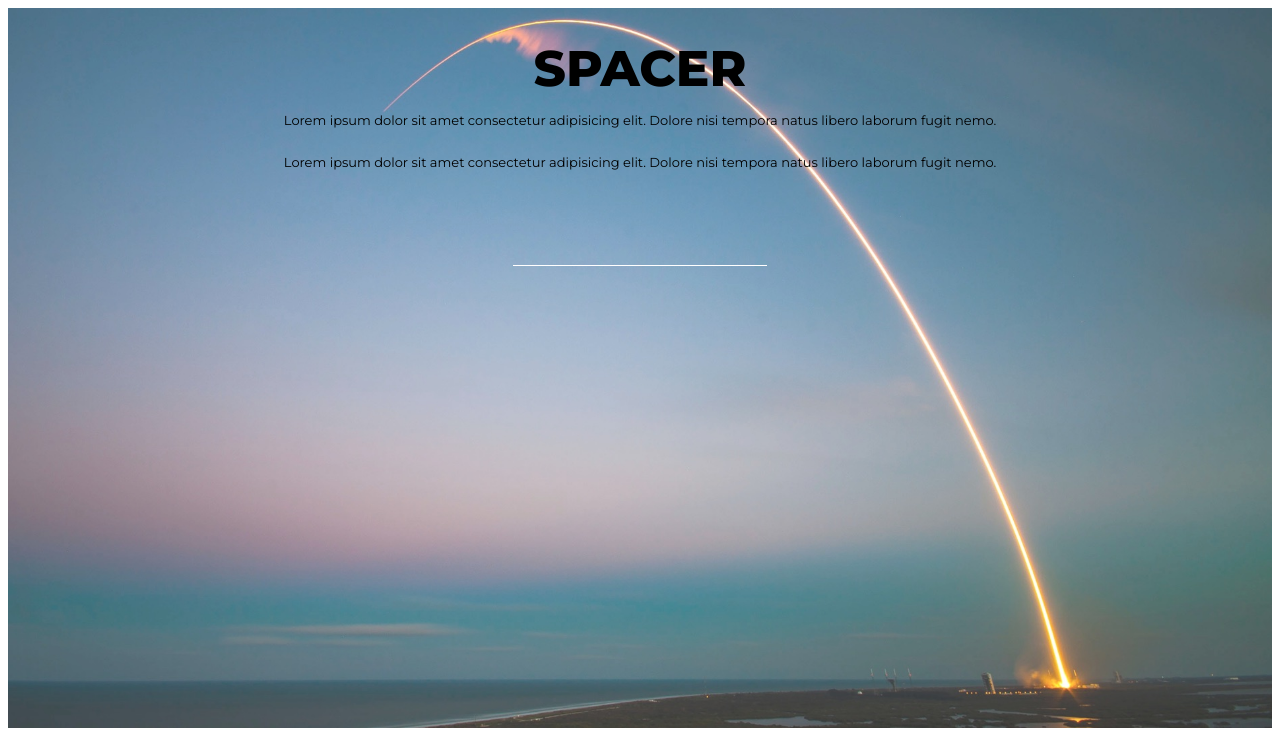
Repository: Trelefele/spacer-roman
Page: /
An editor plug-in stored every save of this project. The page is shown before and after the next save, followed by the edit.
The browser window is 1280 px wide. The pictures show the whole page.
The project was rebuilt for these pictures with package versions that can differ from the ones it lists, and the page was loaded fresh each time.

Above is the page before, as saved 2019-02-03 19:25:03.

### public/index.html
<!DOCTYPE html>
<html lang="en">
  <head>
    <meta charset="utf-8">
    <meta http-equiv="X-UA-Compatible" content="IE=edge">
    <meta name="viewport" content="width=device-width,initial-scale=1.0">
    <link rel="icon" href="<%= BASE_URL %>favicon.ico">
    <!-- <script src="https://unpkg.com/axios/dist/axios.min.js"></script> -->
    <title>spacer-roman</title>
  </head>
  <body>
    <noscript>
      <strong>We're sorry but spacer-roman doesn't work properly without JavaScript enabled. Please enable it to continue.</strong>
    </noscript>
    <div id="app"></div>
    <!-- built files will be auto injected -->
  </body>
</html>

### src/App.vue
<template>
  <div class="app">
    <router-view/>
  </div>
</template>

<style lang="scss" scoped >
@import url('https://fonts.googleapis.com/css?family=Montserrat:300,400,600,800');

* {
  box-sizing: border-box;
  font-family: 'Montserrat', sans-serif;
  margin: 0;
  padding: 0;
}

</style>

### src/router.js
import Vue from 'vue';
import Router from 'vue-router';
// import Claim from './components/Claim.vue';
import Search from './views/Search.vue';
// import SearchInput from './components/SearchInput.vue';


Vue.use(Router);

export default new Router({
//   mode: 'history',
//   base: process.env.BASE_URL,
  routes: [
    {
      path: '/',
      name: 'Search',
      component: Search,
    },
  ],
});

### src/views/Search.vue
<template>
  <div class="searchWrapper">
    <Claim/>
    <SearchInput/>
  </div>
</template>

<script>
import axios from 'axios';
import debounce from 'lodash.debounce';
import Claim from '@/components/Claim.vue';
import SearchInput from '@/components/SearchInput.vue';

const API = 'https://images-api.nasa.gov/search';

export default {
  name: 'Search',
  components: {
    Claim,
    SearchInput,
  },
  data() {
    return {
      searchValue: '',
      results: [],
    };
  },
  methods: {
    // eslint-disable-next-line
    handleInput: debounce(function(){
      axios.get(`${API}?q=${this.searchValue}&media_type=image`)
        .then((response) => {
          // this.results = response.data.collection.items;
          this.results = response.data.collection.items;
        })
        .catch((error) => {
          console.log(error);
        });
    }, 500),
  },
};
</script>

<style lang="scss" scoped>
    .searchWrapper {
        display: flex;
        flex-direction: column;
        align-items: center;
        margin: 0;
        padding: 30px;
        width: 100%;
        height: 100vh;
        background-image: url('../assets/heroimage.jpg');
        background-repeat: no-repeat;
        background-size: cover;
        background-position: 80%, 0%;
    }
</style>

### src/components/Claim.vue
<template>
    <div class="claimWrapper">
        <h1 class="claim">SPACER</h1>
        <p class="subclaim">
            Lorem ipsum dolor sit amet consectetur adipisicing elit.
            Dolore nisi tempora natus libero laborum fugit nemo.
        </p>
        <p class="subclaim">
            Lorem ipsum dolor sit amet consectetur adipisicing elit.
            Dolore nisi tempora natus libero laborum fugit nemo.
        </p>
    </div>
</template>

<script>

export default {
  name: 'Claim',
};

</script>

<style lang="scss" scoped>

* {
  box-sizing: border-box;
  -webkit-font-smoothing: antialiased;
  -moz-osx-font-smoothing: grayscale;
}


.claimWrapper{
    display: flex;
    flex-direction: column;
    justify-content: center;
    align-items: center;
}

.claim{
    font-size: 50px;
    margin: 0;
}

.subclaim{
    padding-top:  0 0 0;
    font-size: 13px;
}
</style>

### src/components/SearchInput.vue
<template>
  <input
    id="search"
    name="search"
    :class="{ dark }"
    @input="handleChange"
  />
</template>
<script>
export default {
  name: 'SearchInput',
  props: {
    // value: {
    //   type: String,
    //   required: true,
    // },
    dark: {
      type: Boolean,
      default: false,
    },
  },
  methods: {
    handleChange(e) {
      this.$emit('input', e.target.value);
    },
  },
};
</script>
<style lang="scss" scoped>
  input {
    margin-top: 50px;
    display: flex;
    width: 250px;
    color: white;
    text-align: center;
    font-size: 18px;
    font-weight: 300;
    height: 30px;
    border: 0;
    background: none;
    border-bottom: 1px solid white;
    transition: box-shadow .3s ease-out;

    @media (min-width: 1024px) {
      font-weight: 400;
    }
  }

  input:focus {
    outline: none;
    box-shadow: 0 10px 20px -8px rgba(255,255,255, .5);
  }

  .dark {
    color: #1e3d4a;
    border-bottom-color: #1e3d4a;
  }

  .dark:focus {
    box-shadow: 0 10px 20px -8px rgba(#1e3d4a, .2);
  }
</style>

Loaded but not shown: src/main.js (common file)

After the next save:
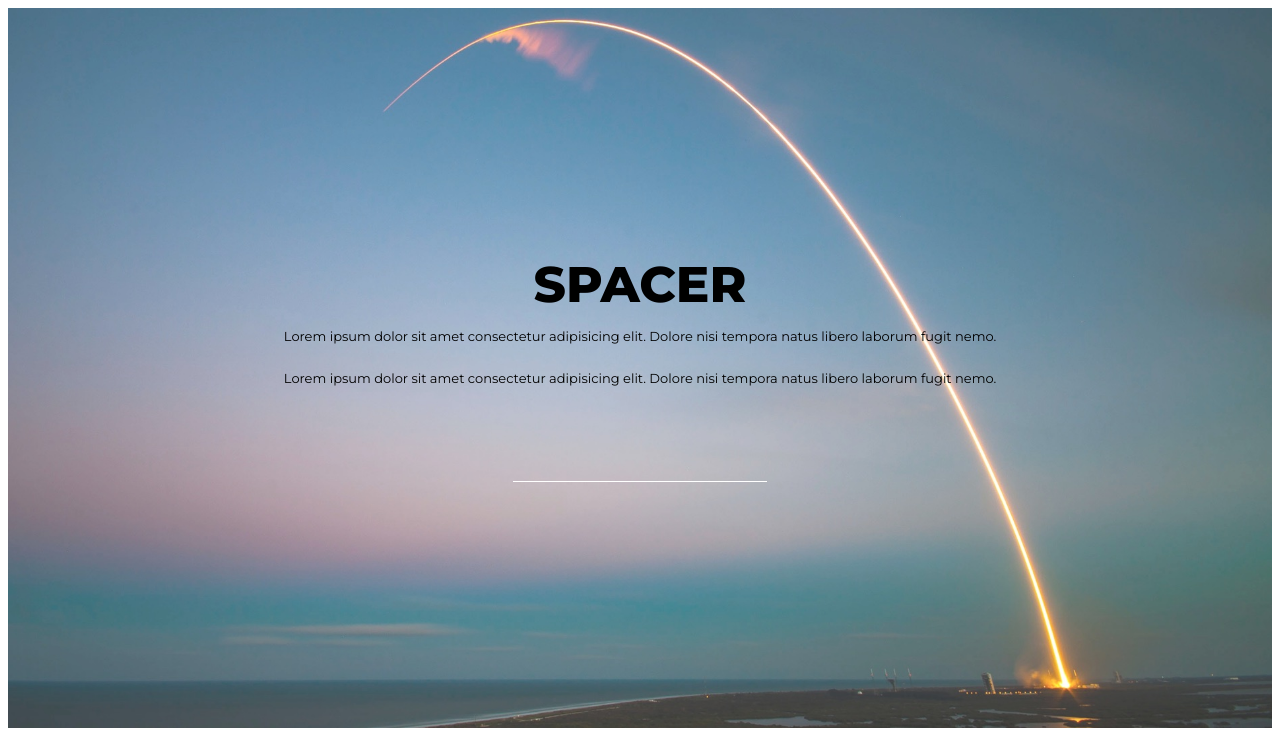
Saved 110 s later.
--- a/src/views/Search.vue
+++ b/src/views/Search.vue
@@ -43,13 +43,14 @@ export default {
 
 <style lang="scss" scoped>
     .searchWrapper {
+        margin: 0;
+        width: 100%;
+        height: 100vh;
+        padding: 30px;
         display: flex;
         flex-direction: column;
         align-items: center;
-        margin: 0;
-        padding: 30px;
-        width: 100%;
-        height: 100vh;
+        justify-content: center;
         background-image: url('../assets/heroimage.jpg');
         background-repeat: no-repeat;
         background-size: cover;
